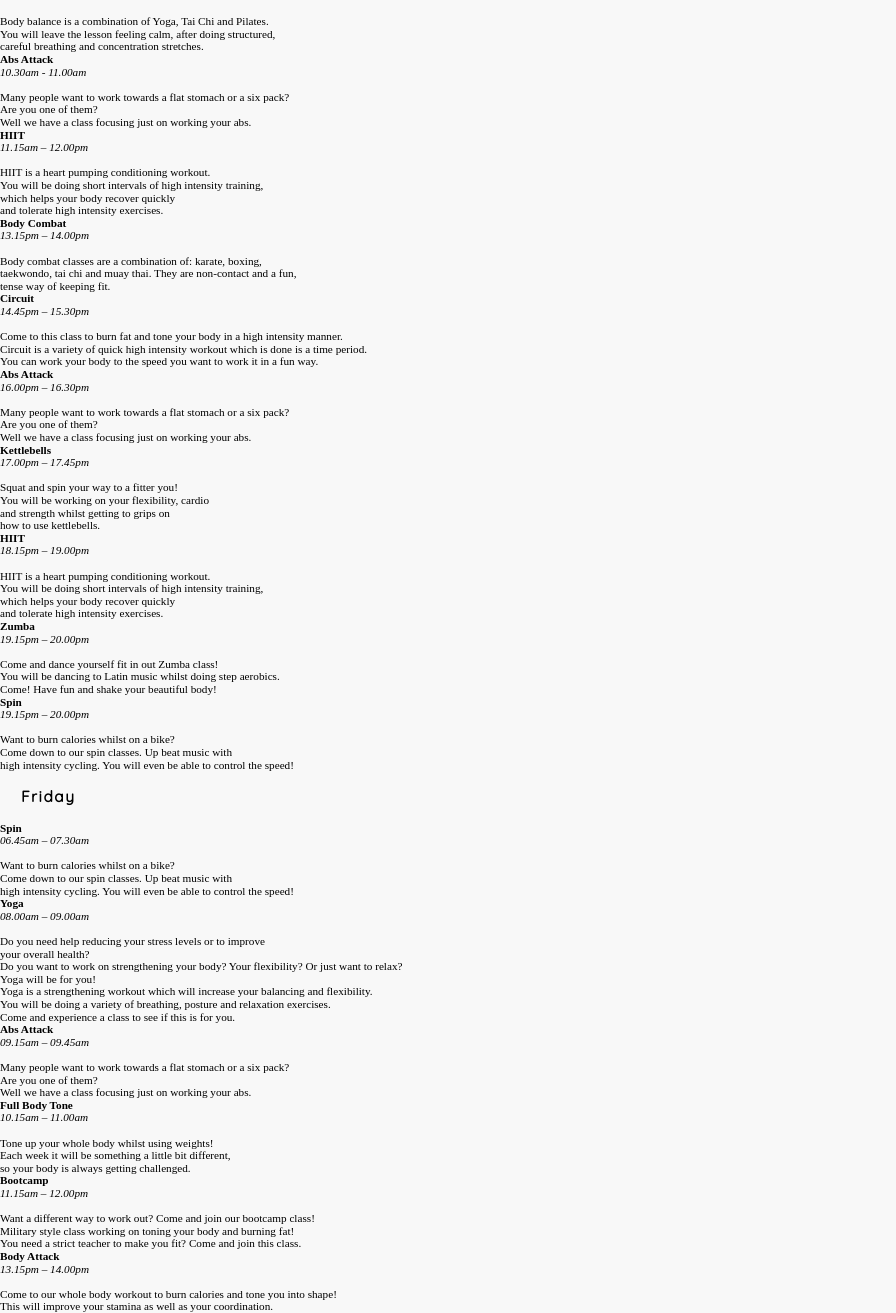
Repository: RicardoAzuul/the_fitness_hub
Page: full_class_details.html
The author's editor kept a record of every edit. The page is drawn from the files as they stood at one moment, then again after the next edit.
The browser window is 1280 px wide. The pictures show the part of the page from y = 4580 to 6500 px (the page is 6456 px tall before and 6564 px after), at 70% of full size.
Some web fonts or font styles are not loaded; a fallback is used.

Above is the page before.

After the next edit:
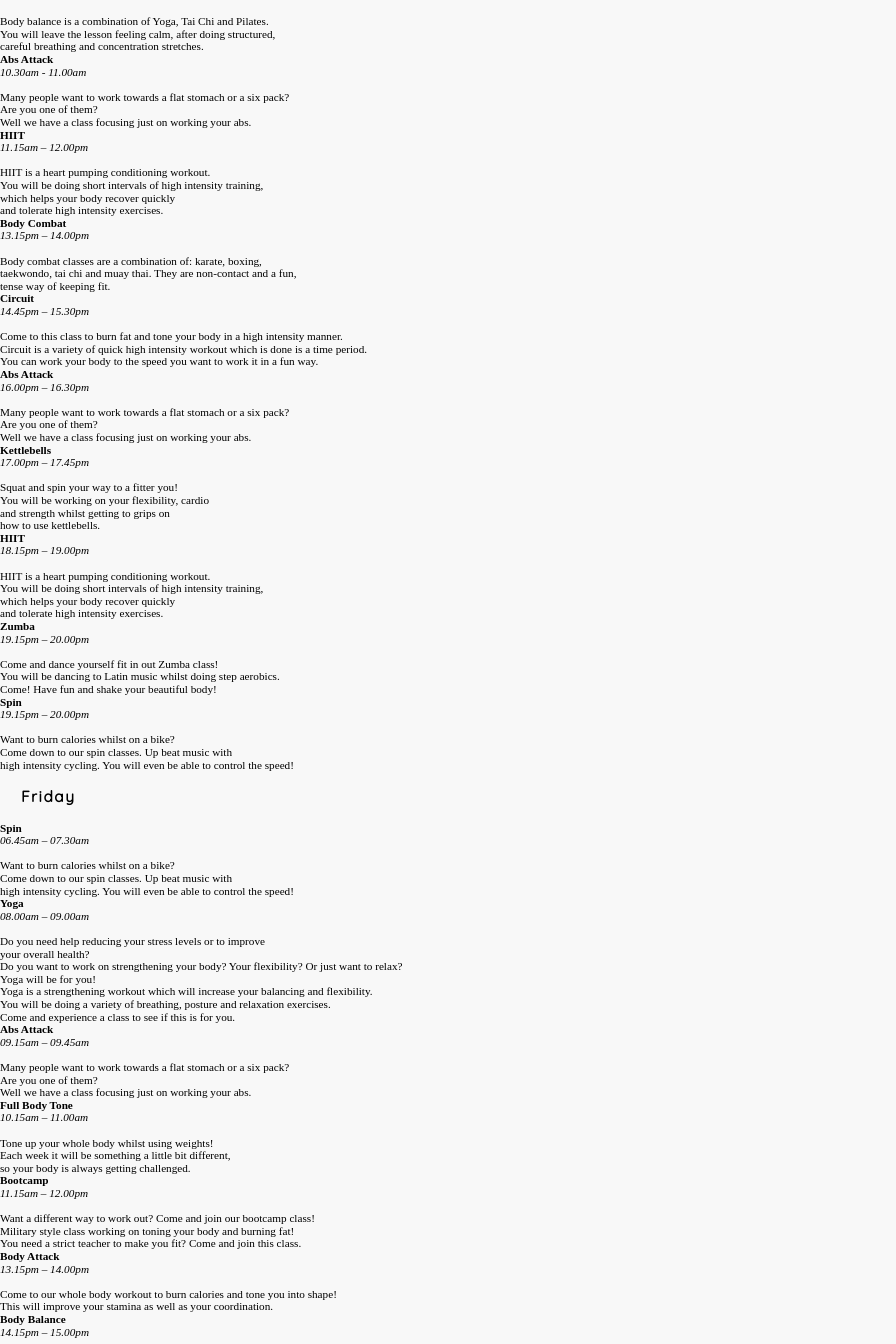
The edit:
--- a/full_class_details.html
+++ b/full_class_details.html
@@ -467,6 +467,14 @@
           Come to our whole body workout to burn calories and tone you into shape!<br>
           This will improve your stamina as well as your coordination.
        </div>
+
+       <div class="full_class">
+          <b>Body Balance</b><br>
+          <em>14.15pm – 15.00pm</em><br><br>
+          Body balance is a combination of Yoga, Tai Chi and Pilates.<br>
+         You will leave the lesson feeling calm, after doing structured,<br>
+         careful breathing and concentration stretches.
+      </div>
        </div>
     </body>
 </html>
